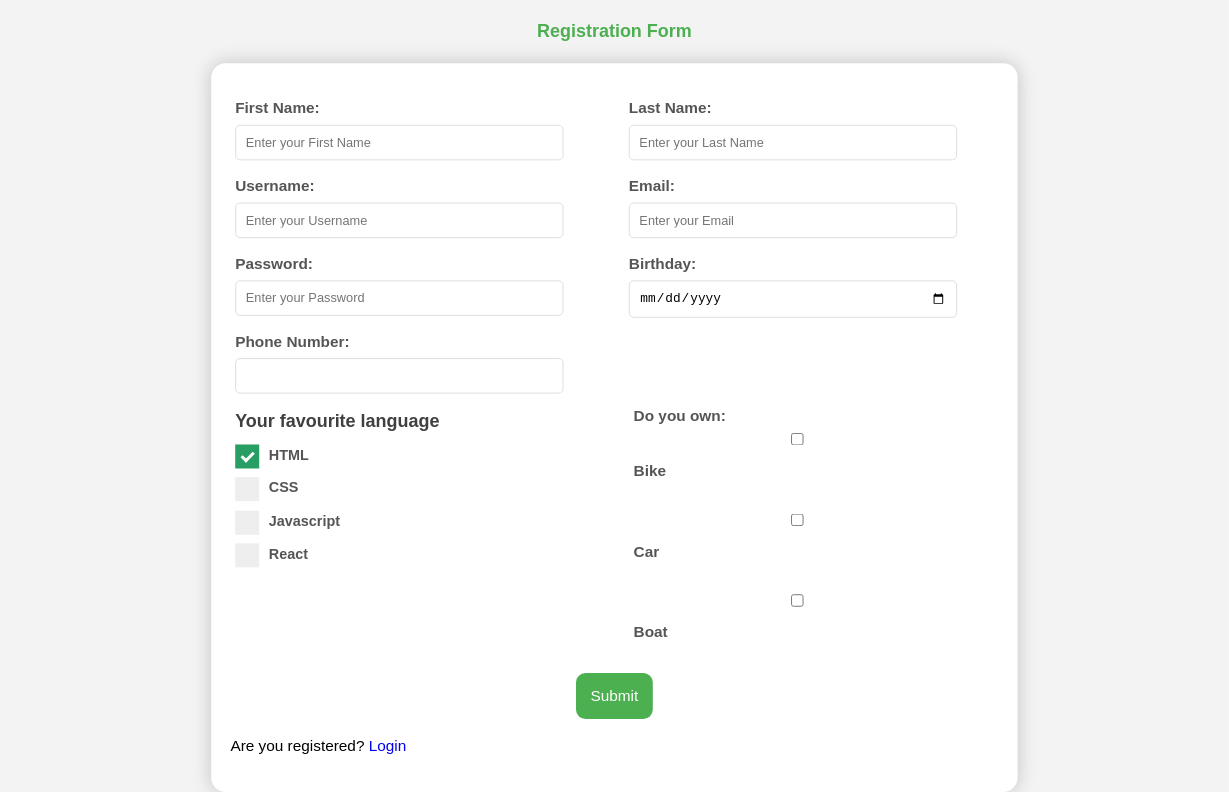
Repository: alizey12/Regestratin-Form-js
Page: regester.html
These files come from the project's save history. The page is drawn as it stood at one moment and after a run of saves; the edit follows.
The browser window is 1280 px wide. The pictures show the whole page, at 96% of full size.

Above is the page before, as saved 2024-11-29 18:52:19.

After the next 2 saves:
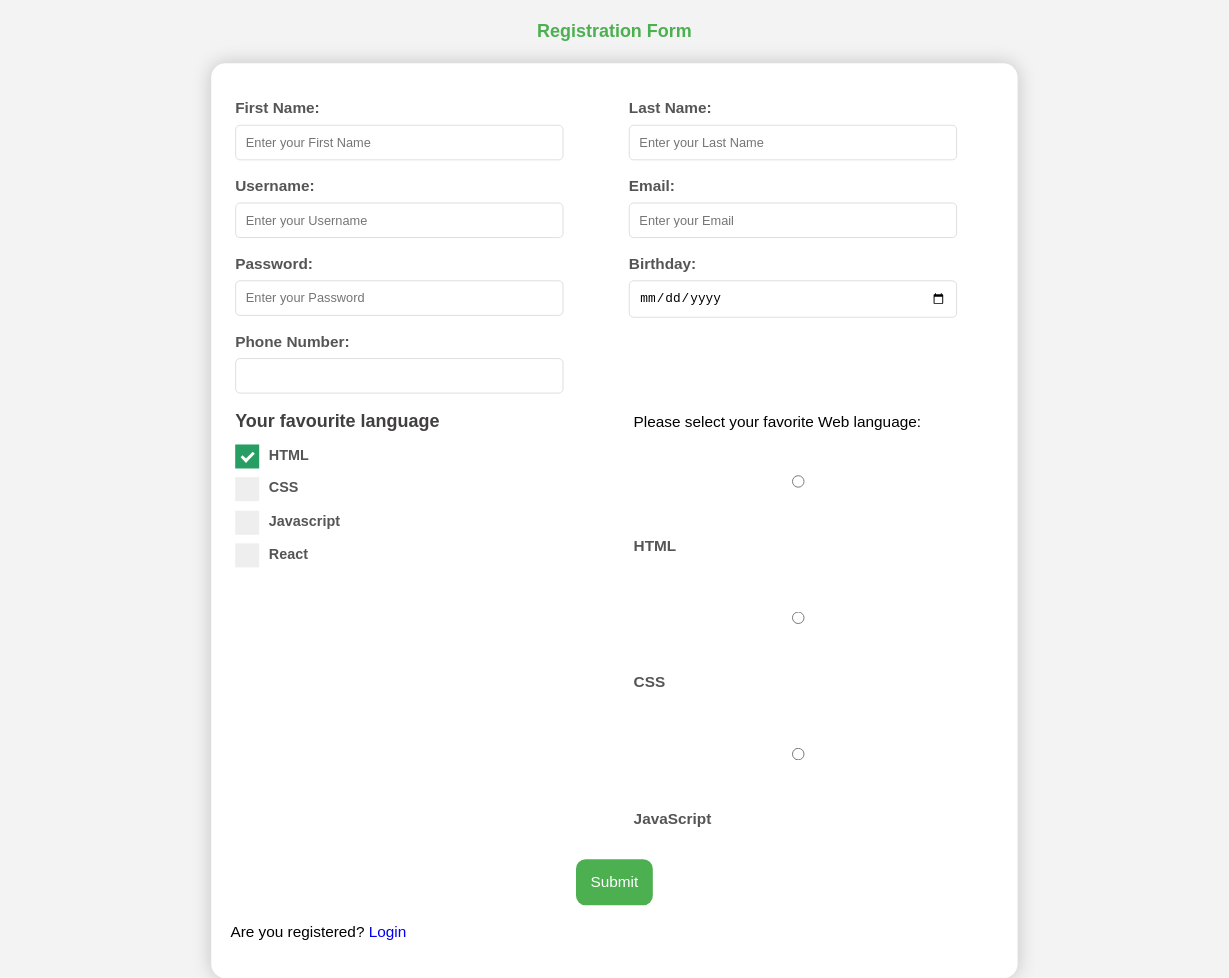
The 2 saves are shown as one change because they came seconds apart.
The last was saved 95 s later.
--- a/regester.html
+++ b/regester.html
@@ -57,13 +57,15 @@
                     <label for="birthday">Birthday:</label>
                     <input type="date" id="birthday" name="birthday">
                     <div class="gen-rad">
-                        <label>Do you own:</label>
-                        <input type="checkbox" id="vehicle1" name="vehicle1" value="Bike">
-                        <label for="vehicle1">Bike</label><br>
-                        <input type="checkbox" id="vehicle2" name="vehicle2" value="Car">
-                        <label for="vehicle2">Car</label><br>
-                        <input type="checkbox" id="vehicle3" name="vehicle3" value="Boat">
-                        <label for="vehicle3">Boat</label>
+
+                        <p>Please select your favorite Web language:</p>
+                          <input type="radio" id="html" name="fav_language" value="HTML">
+                          <label for="html">HTML</label><br>
+                          <input type="radio" id="css" name="fav_language" value="CSS">
+                          <label for="css">CSS</label><br>
+                          <input type="radio" id="javascript" name="fav_language" value="JavaScript">
+                          <label for="javascript">JavaScript</label>
+
                     </div>
 
                 </div>
